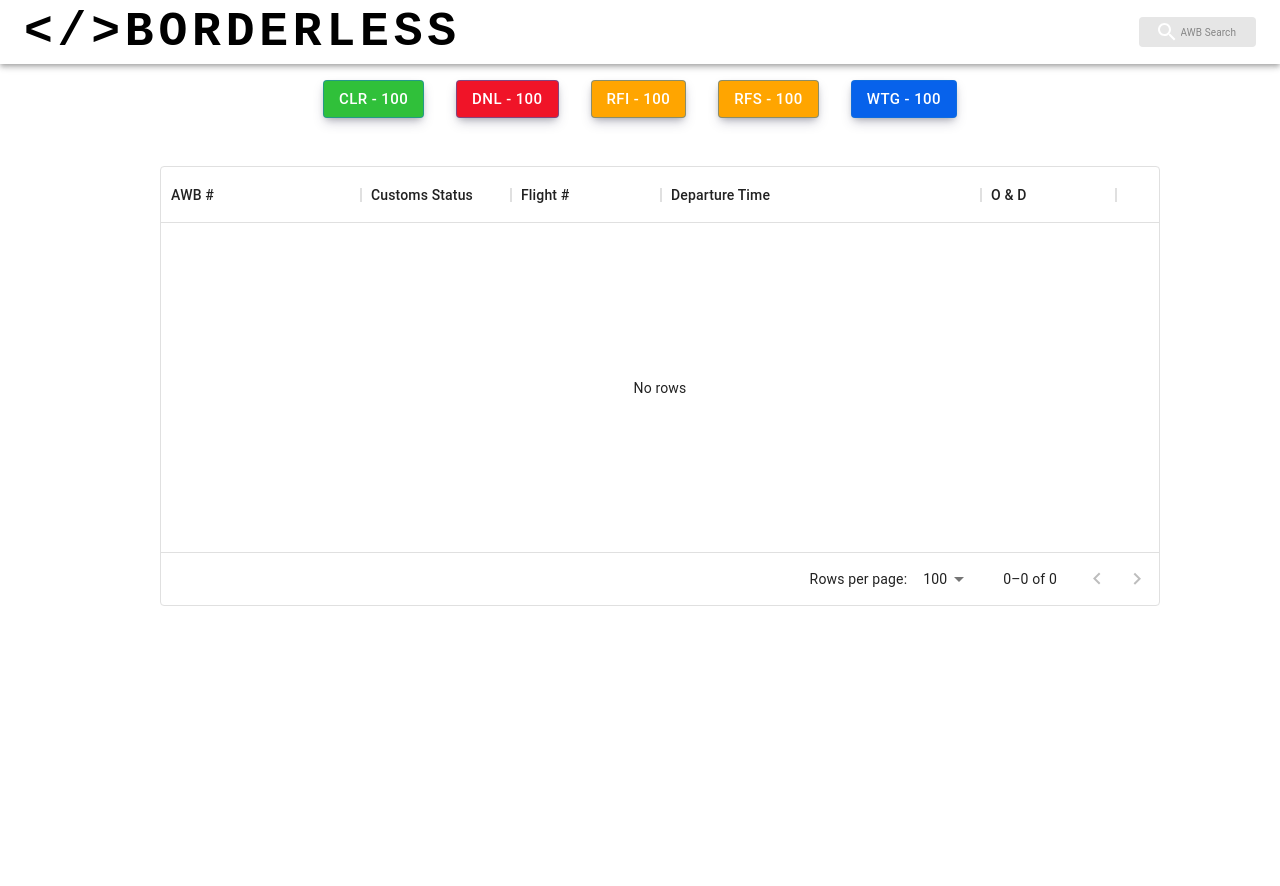
Repository: marlonguerios/onerecord_hackathon_2022
Page: /borderless
The author's editor kept a copy of each file at every save. The page is drawn from the files as they stood at one save, then again after the next save.
The browser window is 1280 px wide. The pictures show the whole page.
The project was rebuilt for these pictures with package versions that can differ from the ones it lists, and the page was loaded fresh each time. Also part of the build but not shown: src/Dashboard.js, src/Customs.css, src/CustomsHeader.js, src/CustomsContent.js, src/CustomsDashboard.js.

Above is the page before, as saved 2022-10-23 10:09:47.

### src/App.js
import './App.css';
import Fetch from './Fetch.js';
import Dashboard from './Dashboard';
import CustomsDashboard from './CustomsDashboard';
import Warehouse from './Warehouse';
import {
  BrowserRouter,
  Routes,
  Route,
} from "react-router-dom";

const datasetId = "TheBackend"

function App() {
  return (
    <Fetch>
      {({ data }) => (
        <>
          <BrowserRouter>
            <Routes>
              <Route key="dashboard" path="/"  element={ <Dashboard data={data} /> } />
              <Route key="customs" path="/customs" element={ <CustomsDashboard data={data} />}  />
              <Route key="borderless" path="/borderless"  element={ <Warehouse data={data} /> } />
            </Routes>
          </BrowserRouter>
        </>
      )}
    </Fetch>
  );
}

export default App;

### src/App.css
html, body {
  height: 100%;
  margin: 0px;
}

#root {
  height: 100%;
}

.App {
  text-align: center;
}

.App-logo {
  height: 40vmin;
  pointer-events: none;
}

@media (prefers-reduced-motion: no-preference) {
  .App-logo {
    animation: App-logo-spin infinite 20s linear;
  }
}

.App-header {
  background-color: #282c34;
  min-height: 100vh;
  display: flex;
  flex-direction: column;
  align-items: center;
  justify-content: center;
  font-size: calc(10px + 2vmin);
  color: white;
}

.App-link {
  color: #61dafb;
}

@keyframes App-logo-spin {
  from {
    transform: rotate(0deg);
  }
  to {
    transform: rotate(360deg);
  }
}

### src/Fetch.js
import React, { Component } from "react";

class Fetch extends Component {

    datalistId = "TheDatabase";

    state = {
        data: []
    }

    storeInitialList() {
        console.log("storing initial list");
        const dataToStore = []
        localStorage.setItem(this.datalistId, JSON.stringify(dataToStore));
        console.log("data stored!");
    }

    componentWillMount() {
        let datalist = localStorage.getItem(this.datalistId);
        if (datalist == null) {
            // save initial list
            this.storeInitialList();
            datalist = localStorage.getItem(this.datalistId);
        } else {
            console.log("Loading pre-existing data");
        }
        let bookings = JSON.parse(datalist);
        // console.log(bookings);
        this.setState({ data: bookings })
    }

    render() {
        return this.props.children(this.state);
    }

}

export default Fetch;

### src/Warehouse.js
import React, { Component } from "react";

import AppBar from '@mui/material/AppBar';
import Box from '@mui/material/Box';
import Toolbar from '@mui/material/Toolbar';
import IconButton from '@mui/material/IconButton';
import Typography from '@mui/material/Typography';
import Container from '@mui/material/Container';
import { Button } from "@mui/material";
import { DataGrid } from "@mui/x-data-grid";
import InputBase from '@mui/material/InputBase';
import SearchIcon from '@mui/icons-material/Search';
import { styled, alpha } from '@mui/material/styles';
import Modal from "@mui/material/Modal";
import CloseIcon from '@mui/icons-material/Close';
import SendIcon from '@mui/icons-material/Send';
import TextField from '@mui/material/TextField';
import { DesktopDatePicker } from '@mui/x-date-pickers/DesktopDatePicker';
import dayjs, { Dayjs } from 'dayjs';
import { AdapterDayjs } from '@mui/x-date-pickers/AdapterDayjs';
import { LocalizationProvider } from '@mui/x-date-pickers/LocalizationProvider';

const styleModal = {
    position: 'absolute',
    top: '50%',
    left: '50%',
    transform: 'translate(-50%, -50%)',
    width: 800,
    bgcolor: 'background.paper',
    border: '2px solid #000',
    boxShadow: 24,
    p: 4,
};

const Search = styled('div')(({ theme }) => ({
    position: 'relative',
    fontFamily: 'monospace',
    fontSize: 233,
    borderRadius: theme.shape.borderRadius,
    backgroundColor: 'rgb(230,230,230)', '&:hover': {
        backgroundColor: alpha(theme.palette.common.black, 0.20),
    },
    marginLeft: 0,
    width: '100%',
    [theme.breakpoints.up('sm')]: {
        marginLeft: theme.spacing(1),
        width: 'auto',
    },
}));

const SearchIconWrapper = styled('div')(({ theme }) => ({
    padding: theme.spacing(0, 2),
    height: '100%',
    position: 'absolute',
    pointerEvents: 'none',
    display: 'flex',
    alignItems: 'center',
    justifyContent: 'center',
}));

const StyledInputBase = styled(InputBase)(({ theme }) => ({
    color: 'black',
    fontSize: 10,
    '& .MuiInputBase-input': {
        padding: theme.spacing(1, 1, 1, 0),
        // vertical padding + font size from searchIcon
        paddingLeft: `calc(1em + ${theme.spacing(4)})`,
        transition: theme.transitions.create('width'),
        width: '100%',
        [theme.breakpoints.up('sm')]: {
            width: '12ch',
            '&:focus': {
                width: '30ch',
            },
        },
    },
}));

class Warehouse extends Component {
    datalistId = "TheDatabase";

    a = 1;
    status_codes = ['CLR', 'DNL', 'RFI', 'RFS', 'WTG'];
    status_colors = {
        'CLR': alpha('rgb(48,192,58)', this.a),
        'DNL': alpha('rgb(240,20,40)', this.a),
        'RFI': alpha('rgb(255,165,0)', this.a),
        'RFS': alpha('rgb(255,165,0)', this.a),
        'WTG': alpha('rgb(7,98,235)', this.a),
    };

    constructor(props) {
        super(props);
        this.localStorageUpdated = this.localStorageUpdated.bind(this)
        this.handleClose = this.handleClose.bind(this)
        this.handleOpen = this.handleOpen.bind(this)
        this.updateBooking = this.updateBooking.bind(this)
        this.state = {

            openModal: false,

            bookings: this.props.data,
            gridRows: [],
            gridColumns: [
                {
                    field: "id", headerName: "AWB #", width: 200,
                    renderCell: (record) => {
                        return (
                            <>
                                <div className="table__cell--pilot">
                                    {record.row.id}
                                </div>
                            </>
                        )
                    }
                },
                { field: "col1", headerName: "Customs Status", width: 150 },
                { field: "col2", headerName: "Flight #", width: 150 },
                { field: "col3", headerName: "Departure Time", width: 320 },
                { field: "col4", headerName: "O & D", width: 135 }
            ]
        }
    }

    handleOpen(e) {
        console.log(e)
        this.setState({
            openModal: true
        })
    }

    handleClose(e) {
        this.setState({
            openModal: false
        })

    }

    updateBooking() {

    }

    saveToStore(bookings) {
        localStorage.setItem(this.datalistId, JSON.stringify(bookings));
    }

    componentDidMount() {
        window.addEventListener('storage', this.localStorageUpdated)
        this.reloadGridRows(this.state.bookings)
    }

    reloadGridRows(bookings) {
        this.setState({
            bookings: bookings,
            gridRows: bookings.map((record) => {
                const tp = record["iata:booking:transportMovement"]
                const arrival = "iata:transportMovement:arrivalLocation"
                const departure = "iata:transportMovement:departureLocation"
                const code = "iata:location:code"
                return {
                    id: record["iata:booking:waybillNumber"]["iata:waybill:waybillNumber"],
                    col1: record["iata:customsInfo:customsClearanceStatus"],
                    col2: tp["iata:bookingSegment:preferredTransportId"],
                    col3: tp["iata:movementTimes:movementTimestamp"],
                    col4: tp[departure][code] + "→" + tp[arrival][code]
                }
            })
        })
    }

    localStorageUpdated() {
        let datalist = localStorage.getItem(this.datalistId);
        let bookings = JSON.parse(datalist);
        setTimeout(function () {
            this.reloadGridRows(bookings)
        }.bind(this), 1000)
    }

    render() {
        return <>
            <AppBar sx={{ bgcolor: "white" }} position="static">
                <Container maxWidth="xl">
                    <Toolbar disableGutters>
                        <Typography
                            variant="h3"
                            noWrap
                            component="a"
                            href="/"
                            sx={{
                                mr: 2,
                                display: { xs: 'none', md: 'flex' },
                                fontFamily: 'monospace',
                                fontWeight: 700,
                                letterSpacing: '.3rem',
                                color: 'black',
                                textDecoration: 'none',
                            }}
                        >
                            &#60;/&#62;BORDERLESS
                        </Typography>

                        <Box sx={{ flexGrow: 1, display: { xs: 'flex', md: 'none' } }}>
                            <IconButton
                                size="large"
                                aria-label="account of current user"
                                aria-controls="menu-appbar"
                                aria-haspopup="true"

                                color="inherit"
                            >
                            </IconButton>
                        </Box>

                        <Box sx={{ flexGrow: 1, display: { xs: 'none', md: 'flex' }, justifyContent: 'center' }}>
                        </Box>

                        {/* <Button onClick={handleOpenBooking} variant="outlined" sx={{ p: 1, backgroundColor: 'rgb(240,240,240)', color: 'black', border: 'none' }}>
                            Create Booking
                        </Button> */}

                        {/* <Modal
                            open={Booking}
                            onClose={handleCloseBooking}
                            aria-labelledby="modal-modal-title"
                            aria-describedby="modal-modal-description"
                            BackdropProps={{ style: { opacity: 0.5 } }}
                        >
                            <Box component="form"
                                noValidate
                                autoComplete="off"
                                sx={styleModal}>
                                <Typography align="center" id="modal-modal-title" variant="h5" component="h2">
                                    Create a Booking
                                </Typography>
                                <div>
                                    <TextField sx={{ margin: 2 }}
                                        color="info"
                                        id="Origin"
                                        label="Origin"
                                    //defaultValue="YUL"
                                    //helperText="Shipping origine"
                                    />
                                    <TextField sx={{ margin: 2 }}
                                        color="info"
                                        id="Destination"
                                        label="Destination"
                                    //defaultValue="FRA"
                                    //helperText="Shipping destination"
                                    />
                                </div>

                                <div>
                                    <TextField sx={{ margin: 2 }}
                                        color="info"
                                        id="Flight"
                                        label="Flight #"
                                    //defaultValue="YUL"
                                    //helperText="Shipping origine"
                                    />
                                    <LocalizationProvider dateAdapter={AdapterDayjs} >
                                        <DesktopDatePicker
                                            label="Flight Date"
                                            inputFormat="MM/DD/YYYY"
                                            value={value}
                                            onChange={handleChange}
                                            renderInput={(params) => <TextField {...params} sx={{ width: '41.5%', margin: 2 }} />}
                                        />
                                    </LocalizationProvider>
                                </div>

                                <div>
                                    <TextField sx={{ margin: 2 }}
                                        color="info"
                                        id="Weight"
                                        label="Weight (KG)"
                                    //defaultValue="YUL"
                                    //helperText="Shipping origine"
                                    />
                                    <TextField sx={{ margin: 2 }}
                                        color="info"
                                        id="Volume"
                                        label="Volume (CM)"
                                    //defaultValue="FRA"
                                    //helperText="Shipping destination"
                                    />
                                </div>

                                <div>
                                    <TextField sx={{ margin: 2 }}
                                        color="info"
                                        id="# of pieces"
                                        label="# of pieces"
                                    //defaultValue="FRA"
                                    //helperText="Shipping destination"
                                    />
                                    <TextField sx={{ margin: 2 }}
                                        color="info"
                                        id="Cargo Desc"
                                        label="Cargo Desc"
                                    //defaultValue="FRA"
                                    //helperText="Shipping destination"
                                    />
                                </div>

                                <div>
                                    <TextField sx={{ margin: 2 }}
                                        color="info"
                                        id="Shipper1"
                                        label="Shipper Name"
                                    //defaultValue="FRA"
                                    //helperText="Shipping destination"
                                    />
                                    <TextField sx={{ margin: 2 }}
                                        color="info"
                                        id="Shipper2"
                                        label="Shipper Address"
                                    //defaultValue="FRA"
                                    //helperText="Shipping destination"
                                    />
                                </div>

                                <div style={{ display: 'flex', justifyContent: 'center' }} >
                                    <Button onClick={handleCloseBooking} variant="outlined" color="info" sx={{ fontSize: 15, p: 1, backgroundColor: 'White', color: 'blue' }}>
                                        Book
                                    </Button>
                                </div>
                            </Box>
                        </Modal> */}

                        <Search sx={{ fontSize: 10 }}>
                            <SearchIconWrapper >
                                <SearchIcon />
                            </SearchIconWrapper>
                            <StyledInputBase
                                placeholder="AWB Search"
                                inputProps={{ 'aria-label': 'search' }}
                            />
                        </Search>


                    </Toolbar>
                </Container>
            </AppBar>
            <Box sx={{ flexGrow: 1, display: { xs: 'none', md: 'flex' }, justifyContent: 'center' }}>
                {this.status_codes.map((status) => (
                    <Button
                        key={status}
                        variant="outlined"
                        sx={{ backgroundColor: this.status_colors[status], fontSize: 15, my: 2, color: 'white', display: 'flex', marginLeft: 2, marginRight: 2, boxShadow: 'rgba(50, 50, 93, 0.25) 0px 6px 12px -2px, rgba(0, 0, 0, 0.3) 0px 3px 7px -3px' }}
                    >
                        {status + " - 100"}
                    </Button>
                ))}
            </Box>
            <div style={{ backgroundColor: "white", height: "100%", padding: "2rem 10rem 0rem 10rem" }} >
                <div style={{ height: 440, width: "1000px" }}>
                    <DataGrid sx={{ marginTop: 0 }} rows={this.state.gridRows} columns={this.state.gridColumns} />
                </div>
            </div>
        </>
    }
}

export default Warehouse;

Loaded but not shown: public/index.html (common file); src/index.js (common file); src/index.css (common file); src/reportWebVitals.js (common file)

After the next save:
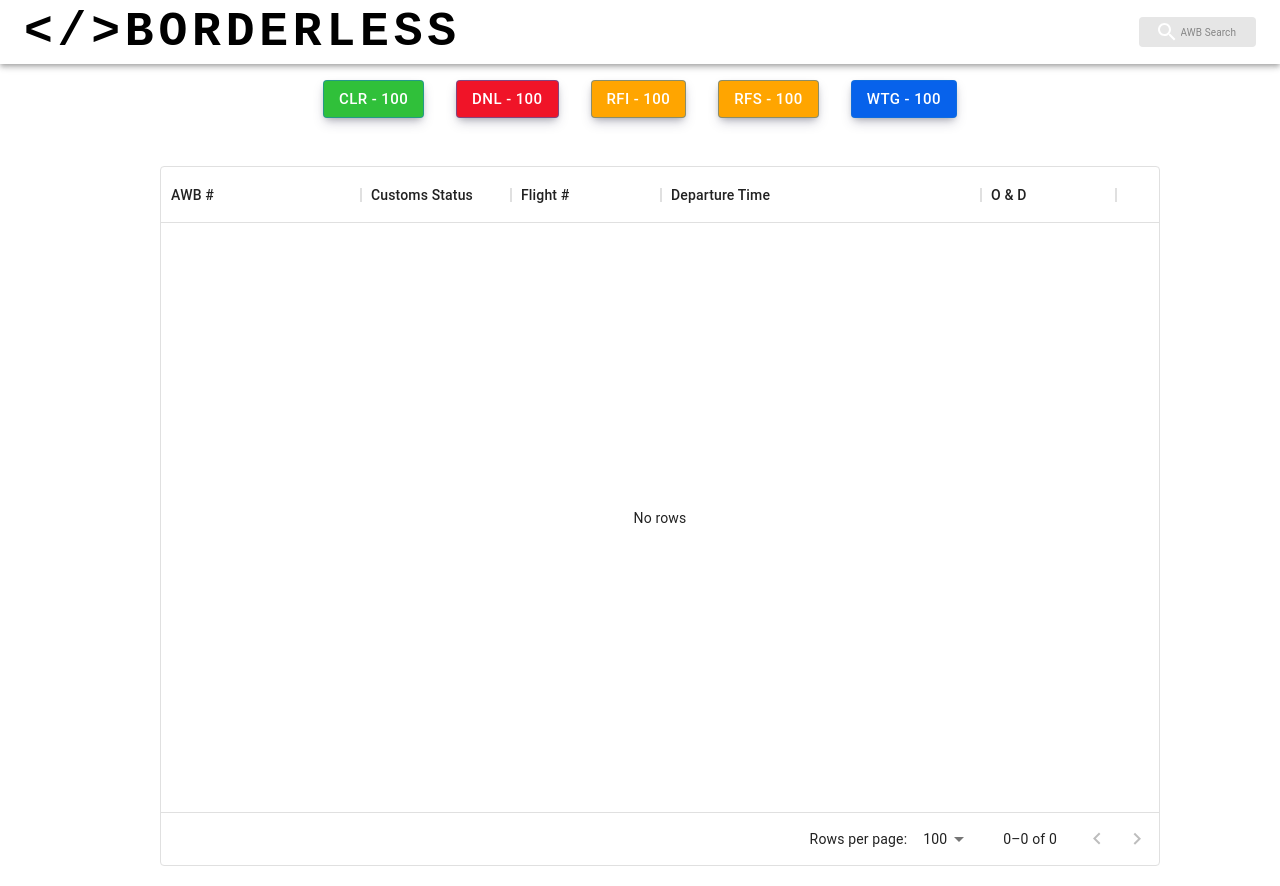
Saved 61 s later.
--- a/src/Warehouse.js
+++ b/src/Warehouse.js
@@ -353,7 +353,7 @@ class Warehouse extends Component {
                 ))}
             </Box>
             <div style={{ backgroundColor: "white", height: "100%", padding: "2rem 10rem 0rem 10rem" }} >
-                <div style={{ height: 440, width: "1000px" }}>
+                <div style={{ height: 700, width: "1000px" }}>
                     <DataGrid sx={{ marginTop: 0 }} rows={this.state.gridRows} columns={this.state.gridColumns} />
                 </div>
             </div>
